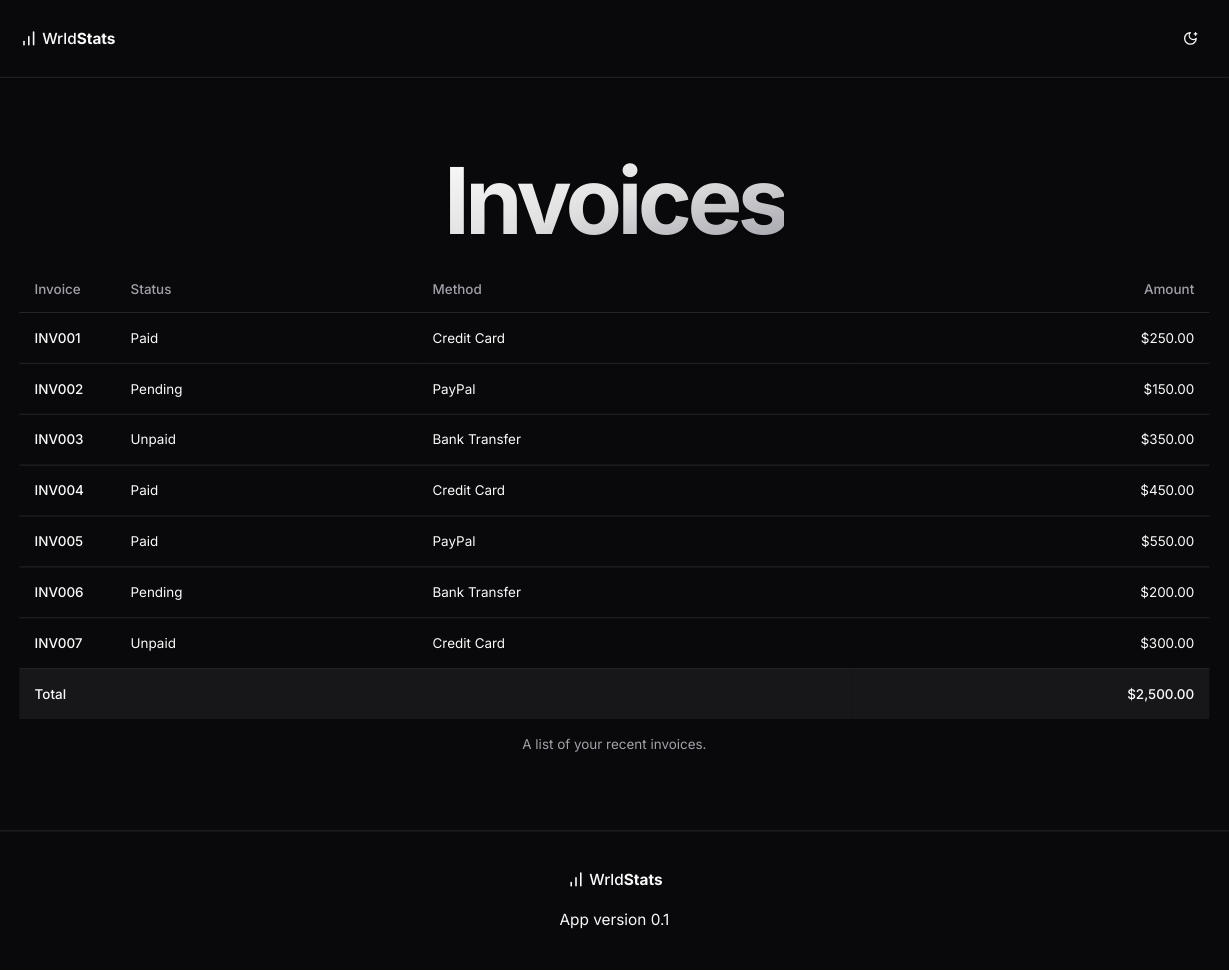
Repository: tushcmd/wrld-stats
Page: /
The author's editor kept a copy of each file at every save. The page is drawn from the files as they stood at one save, then again after the next save.
The browser window is 1280 px wide. The pictures show the whole page, at 96% of full size.
The project was rebuilt for these pictures with package versions that can differ from the ones it lists, and the page was loaded fresh each time. The framework's server and built-in components were replaced by stand-ins that run in the browser. Also part of the build but not shown: next.config.mjs.

Above is the page before, as saved 2024-04-21 14:08:46.

### app/layout.tsx
import './globals.css';
import { Inter } from 'next/font/google';

import { Metadata, Viewport } from 'next';
import siteMetadata from '../data/siteMetadata';

import Navbar from '@/components/shared/Navbar';
import Footer from '@/components/shared/Footer';
import AppProviders from '@/components/providers/AppProviders';

const inter = Inter({ subsets: ['latin'] });

export const viewport: Viewport = {
  width: 'device-width',
  initialScale: 1,
  maximumScale: 1,
};

export const metadata: Metadata = {
  metadataBase: new URL(siteMetadata.siteUrl),
  title: {
    default: siteMetadata.title,
    template: `%s | ${siteMetadata.title}`,
  },
  description: siteMetadata.description,
  openGraph: {
    title: siteMetadata.title,
    description: siteMetadata.description,
    url: './',
    siteName: siteMetadata.title,
    locale: 'en',
    type: 'website',
  },
  alternates: {
    canonical: './',
  },
  robots: {
    index: true,
    follow: true,
    googleBot: {
      index: true,
      follow: true,
      'max-video-preview': -1,
      'max-image-preview': 'large',
      'max-snippet': -1,
    },
  },
  twitter: {
    title: siteMetadata.title,
    card: 'summary_large_image',
  },
};

export default function RootLayout({ children }: { children: React.ReactNode }) {
  return (
    <html lang="en" suppressHydrationWarning>
      <body className={inter.className}>
        <AppProviders>
          <Navbar />
          {children}
          <Footer />
        </AppProviders>
      </body>
    </html>
  );
}

### app/page.tsx
import Hero from "@/components/Hero";

export default function Home() {
  return (
    <main className="page-container">
      <Hero />
    </main>
  );
}

### app/globals.css
@tailwind base;
@tailwind components;
@tailwind utilities;

@layer base {
  :root {
    --background: 0 0% 100%;
    --foreground: 240 10% 3.9%;

    --card: 0 0% 100%;
    --card-foreground: 240 10% 3.9%;

    --popover: 0 0% 100%;
    --popover-foreground: 240 10% 3.9%;

    --primary: 240 5.9% 10%;
    --primary-foreground: 0 0% 98%;

    --secondary: 240 4.8% 95.9%;
    --secondary-foreground: 240 5.9% 10%;

    --muted: 240 4.8% 95.9%;
    --muted-foreground: 240 3.8% 46.1%;

    --accent: 240 4.8% 95.9%;
    --accent-foreground: 240 5.9% 10%;

    --destructive: 0 84.2% 60.2%;
    --destructive-foreground: 0 0% 98%;

    --border: 240 5.9% 90%;
    --input: 240 5.9% 90%;
    --ring: 240 10% 3.9%;

    --radius: 0.5rem;
  }

  .dark {
    --background: 240 10% 3.9%;
    --foreground: 0 0% 98%;

    --card: 240 10% 3.9%;
    --card-foreground: 0 0% 98%;

    --popover: 240 10% 3.9%;
    --popover-foreground: 0 0% 98%;

    --primary: 0 0% 98%;
    --primary-foreground: 240 5.9% 10%;

    --secondary: 240 3.7% 15.9%;
    --secondary-foreground: 0 0% 98%;

    --muted: 240 3.7% 15.9%;
    --muted-foreground: 240 5% 64.9%;

    --accent: 240 3.7% 15.9%;
    --accent-foreground: 0 0% 98%;

    --destructive: 0 62.8% 30.6%;
    --destructive-foreground: 0 0% 98%;

    --border: 240 3.7% 15.9%;
    --input: 240 3.7% 15.9%;
    --ring: 240 4.9% 83.9%;
  }

}

@layer base {
  * {
    @apply border-border;
  }
  body {
    @apply bg-background text-foreground;
  }
}

@layer components {

  /* FONT SIZES */
  .h1 {
		@apply text-5xl lg:text-6xl font-bold;
	}
	.h2 {
		@apply sm:text-3xl text-4xl font-bold;
	}
	.h3 {
		@apply text-2xl font-medium;
	}
	.h4 {
		@apply text-xl sm:text-lg font-normal;
	}

  /* LAYOUTS  */
	.layout-container {
		@apply container mx-auto px-5;
	}

	.page-container {
		@apply layout-container py-20 flex flex-col gap-16;
	}
}

### data/siteMetadata.ts
const siteMetada = {
        title: "Wrld Stats",
        author: "Tush",
        headerTitle: "Wrld Stats",
        description: "Visualiser for world stats in different countries",
        language: "en",
        theme: "system", // system, dark or light
        siteUrl: "https://tushdev.co/",
        siteLogo: "public/vercel.png",
        locale: "en",
}

export default siteMetada

### components/shared/Navbar.tsx
import React, { FC } from 'react';
import ThemeSwitcherButton from '../ui/ThemeSwitcher';
import Logo from './Logo';

const Navbar: FC = () => {
  return (
    <nav className="border-b py-5">
      <div className="layout-container flex justify-between items-center max-w-7xl">
        <Logo />
        <ThemeSwitcherButton />
      </div>
    </nav>
  );
};

export default Navbar;

### components/shared/Footer.tsx
import React, { FC } from 'react'
import Logo from './Logo'
import { APP_VERSION } from '@/lib/config'

const Footer: FC = () => {
  return (
    <footer className='border-t'>
        <div className='layout-container flex flex-col gap-5 items-center  justify-center py-10'>
            <Logo />
            <p>App version {APP_VERSION}</p>
        </div>

    </footer>
  )
}

export default Footer

### components/providers/AppProviders.tsx
'use client';

import { ThemeProvider } from 'next-themes';
import { FC, ReactNode } from 'react';

interface AppProvidersProps {
  children: ReactNode;
}


const AppProviders: FC<AppProvidersProps> = ({ children }) => {
  return (
    <>
      <ThemeProvider attribute="class" disableTransitionOnChange defaultTheme="dark" enableSystem>
        {children}

      </ThemeProvider>
    </>
  );
};

export default AppProviders;

### components/Hero.tsx

import React, { FC } from 'react'
import { TableDemo } from './list'


const Hero: FC = () => {
  return (
    <section className="flex flex-col items-center justify-center gap-5 max-w-7xl">
      <div>
        <p className='text-lg lg:text-8xl tracking-tighter font-bold bg-gradient-to-br from-foreground via-secondary-foreground/90 to-muted-foreground bg-clip-text text-transparent drop-shadow-sm'>Invoices</p>
      </div>
      <TableDemo />
    </section>
  )
}

export default Hero

### components/ui/ThemeSwitcher.tsx
"use client";

import { useTheme } from "next-themes";
import React, { FC, useEffect, useState } from "react";
import { SunIcon,  Laptop, MoonStarIcon } from "lucide-react";
import {
	DropdownMenu,
	DropdownMenuContent,
	DropdownMenuItem,
	DropdownMenuTrigger,
} from "./dropdown-menu";
import { Button } from "./button";

const themes = [
	{
		value: "light",
		label: "Light",
		icon: SunIcon,
	},
	{
		value: "dark",
		label: "Dark",
		icon: MoonStarIcon,
	},
	{
		value: "system",
		label: "System",
		icon: Laptop,
	},
];

const ThemeSwitcher: FC = () => {
  const [mounted, setMounted] = useState(false)
	const { theme, setTheme } = useTheme();
	const currentTheme = themes.find((t) => t.value === theme);
	const ThemeIcon = currentTheme?.icon

  useEffect(() => {
    setMounted(true)
  }, [])

	return mounted && (
		<div className="flex">
			<DropdownMenu  >
				<DropdownMenuTrigger asChild>
					<Button variant="ghost" size={"icon"}>{!!ThemeIcon && <ThemeIcon className="w-4 h-4"/>}</Button>
				</DropdownMenuTrigger>
				<DropdownMenuContent>
					{themes.map(({value, label}) => <DropdownMenuItem role="button" onClick={() => setTheme(value)} key={value}>{label}</DropdownMenuItem>)}
				</DropdownMenuContent>
			</DropdownMenu>
		</div>
	);
};

export default ThemeSwitcher;

### components/shared/Logo.tsx

import { URLS } from "@/lib/urls";
import { BarChart } from "lucide-react";
import Link from "next/link";
import React, { FC } from "react";

const Logo: FC = () => {
	return (
		<Link href={URLS.HOMEPAGE} className="flex items-center gap-1 component-focus rounded-md">
			<BarChart   className="w-5 h-5 fill-current" />
			<h1 className="inline-flex flex-col gap-0 leading-none font-medium">
				<p>Wrld<span className="font-bold">Stats</span></p>
			</h1>
		</Link>
	);
};

export default Logo;

### lib/config.ts
export const APP_VERSION = 0.1

### components/list.tsx
import {
    Table,
    TableBody,
    TableCaption,
    TableCell,
    TableFooter,
    TableHead,
    TableHeader,
    TableRow,
} from "@/components/ui/table"

const invoices = [
    {
        invoice: "INV001",
        paymentStatus: "Paid",
        totalAmount: "$250.00",
        paymentMethod: "Credit Card",
    },
    {
        invoice: "INV002",
        paymentStatus: "Pending",
        totalAmount: "$150.00",
        paymentMethod: "PayPal",
    },
    {
        invoice: "INV003",
        paymentStatus: "Unpaid",
        totalAmount: "$350.00",
        paymentMethod: "Bank Transfer",
    },
    {
        invoice: "INV004",
        paymentStatus: "Paid",
        totalAmount: "$450.00",
        paymentMethod: "Credit Card",
    },
    {
        invoice: "INV005",
        paymentStatus: "Paid",
        totalAmount: "$550.00",
        paymentMethod: "PayPal",
    },
    {
        invoice: "INV006",
        paymentStatus: "Pending",
        totalAmount: "$200.00",
        paymentMethod: "Bank Transfer",
    },
    {
        invoice: "INV007",
        paymentStatus: "Unpaid",
        totalAmount: "$300.00",
        paymentMethod: "Credit Card",
    },
]

export function TableDemo() {
    return (
        <Table>
            <TableCaption>A list of your recent invoices.</TableCaption>
            <TableHeader>
                <TableRow>
                    <TableHead className="w-[100px]">Invoice</TableHead>
                    <TableHead>Status</TableHead>
                    <TableHead>Method</TableHead>
                    <TableHead className="text-right">Amount</TableHead>
                </TableRow>
            </TableHeader>
            <TableBody>
                {invoices.map((invoice) => (
                    <TableRow key={invoice.invoice}>
                        <TableCell className="font-medium">{invoice.invoice}</TableCell>
                        <TableCell>{invoice.paymentStatus}</TableCell>
                        <TableCell>{invoice.paymentMethod}</TableCell>
                        <TableCell className="text-right">{invoice.totalAmount}</TableCell>
                    </TableRow>
                ))}
            </TableBody>
            <TableFooter>
                <TableRow>
                    <TableCell colSpan={3}>Total</TableCell>
                    <TableCell className="text-right">$2,500.00</TableCell>
                </TableRow>
            </TableFooter>
        </Table>
    )
}



//import React from 'react'
//
//const List = () => {
//  return (
//    <div>List</div>
//  )
//}
//
//export default List

### components/ui/button.tsx
import * as React from "react"
import { Slot } from "@radix-ui/react-slot"
import { cva, type VariantProps } from "class-variance-authority"

import { cn } from "@/lib/utils"

const buttonVariants = cva(
  "inline-flex items-center justify-center whitespace-nowrap rounded-md text-sm font-medium ring-offset-background transition-colors focus-visible:outline-none focus-visible:ring-2 focus-visible:ring-ring focus-visible:ring-offset-2 disabled:pointer-events-none disabled:opacity-50",
  {
    variants: {
      variant: {
        default: "bg-primary text-primary-foreground hover:bg-primary/90",
        destructive:
          "bg-destructive text-destructive-foreground hover:bg-destructive/90",
        outline:
          "border border-input bg-background hover:bg-accent hover:text-accent-foreground",
        secondary:
          "bg-secondary text-secondary-foreground hover:bg-secondary/80",
        ghost: "hover:bg-accent hover:text-accent-foreground",
        link: "text-primary underline-offset-4 hover:underline",
      },
      size: {
        default: "h-10 px-4 py-2",
        sm: "h-9 rounded-md px-3",
        lg: "h-11 rounded-md px-8",
        icon: "h-10 w-10",
      },
    },
    defaultVariants: {
      variant: "default",
      size: "default",
    },
  }
)

export interface ButtonProps
  extends React.ButtonHTMLAttributes<HTMLButtonElement>,
    VariantProps<typeof buttonVariants> {
  asChild?: boolean
}

const Button = React.forwardRef<HTMLButtonElement, ButtonProps>(
  ({ className, variant, size, asChild = false, ...props }, ref) => {
    const Comp = asChild ? Slot : "button"
    return (
      <Comp
        className={cn(buttonVariants({ variant, size, className }))}
        ref={ref}
        {...props}
      />
    )
  }
)
Button.displayName = "Button"

export { Button, buttonVariants }

### lib/urls.ts
export enum URLS {
    HOMEPAGE = "/"
}

### components/ui/table.tsx
import * as React from "react"

import { cn } from "@/lib/utils"

const Table = React.forwardRef<
  HTMLTableElement,
  React.HTMLAttributes<HTMLTableElement>
>(({ className, ...props }, ref) => (
  <div className="relative w-full overflow-auto">
    <table
      ref={ref}
      className={cn("w-full caption-bottom text-sm", className)}
      {...props}
    />
  </div>
))
Table.displayName = "Table"

const TableHeader = React.forwardRef<
  HTMLTableSectionElement,
  React.HTMLAttributes<HTMLTableSectionElement>
>(({ className, ...props }, ref) => (
  <thead ref={ref} className={cn("[&_tr]:border-b", className)} {...props} />
))
TableHeader.displayName = "TableHeader"

const TableBody = React.forwardRef<
  HTMLTableSectionElement,
  React.HTMLAttributes<HTMLTableSectionElement>
>(({ className, ...props }, ref) => (
  <tbody
    ref={ref}
    className={cn("[&_tr:last-child]:border-0", className)}
    {...props}
  />
))
TableBody.displayName = "TableBody"

const TableFooter = React.forwardRef<
  HTMLTableSectionElement,
  React.HTMLAttributes<HTMLTableSectionElement>
>(({ className, ...props }, ref) => (
  <tfoot
    ref={ref}
    className={cn(
      "border-t bg-muted/50 font-medium [&>tr]:last:border-b-0",
      className
    )}
    {...props}
  />
))
TableFooter.displayName = "TableFooter"

const TableRow = React.forwardRef<
  HTMLTableRowElement,
  React.HTMLAttributes<HTMLTableRowElement>
>(({ className, ...props }, ref) => (
  <tr
    ref={ref}
    className={cn(
      "border-b transition-colors hover:bg-muted/50 data-[state=selected]:bg-muted",
      className
    )}
    {...props}
  />
))
TableRow.displayName = "TableRow"

const TableHead = React.forwardRef<
  HTMLTableCellElement,
  React.ThHTMLAttributes<HTMLTableCellElement>
>(({ className, ...props }, ref) => (
  <th
    ref={ref}
    className={cn(
      "h-12 px-4 text-left align-middle font-medium text-muted-foreground [&:has([role=checkbox])]:pr-0",
      className
    )}
    {...props}
  />
))
TableHead.displayName = "TableHead"

const TableCell = React.forwardRef<
  HTMLTableCellElement,
  React.TdHTMLAttributes<HTMLTableCellElement>
>(({ className, ...props }, ref) => (
  <td
    ref={ref}
    className={cn("p-4 align-middle [&:has([role=checkbox])]:pr-0", className)}
    {...props}
  />
))
TableCell.displayName = "TableCell"

const TableCaption = React.forwardRef<
  HTMLTableCaptionElement,
  React.HTMLAttributes<HTMLTableCaptionElement>
>(({ className, ...props }, ref) => (
  <caption
    ref={ref}
    className={cn("mt-4 text-sm text-muted-foreground", className)}
    {...props}
  />
))
TableCaption.displayName = "TableCaption"

export {
  Table,
  TableHeader,
  TableBody,
  TableFooter,
  TableHead,
  TableRow,
  TableCell,
  TableCaption,
}

### tailwind.config.ts
import type { Config } from "tailwindcss"


const config = {
  darkMode: ["class"],
  content: [
    './pages/**/*.{ts,tsx}',
    './components/**/*.{ts,tsx}',
    './app/**/*.{ts,tsx}',
    './src/**/*.{ts,tsx}',
	],
  prefix: "",
  theme: {
    container: {
      center: true,
      padding: "2rem",
      screens: {
        "2xl": "1400px",
      },
    },
    extend: {
      colors: {
        border: "hsl(var(--border))",
        input: "hsl(var(--input))",
        ring: "hsl(var(--ring))",
        background: "hsl(var(--background))",
        foreground: "hsl(var(--foreground))",
        primary: {
          DEFAULT: "hsl(var(--primary))",
          foreground: "hsl(var(--primary-foreground))",
        },
        secondary: {
          DEFAULT: "hsl(var(--secondary))",
          foreground: "hsl(var(--secondary-foreground))",
        },
        destructive: {
          DEFAULT: "hsl(var(--destructive))",
          foreground: "hsl(var(--destructive-foreground))",
        },
        muted: {
          DEFAULT: "hsl(var(--muted))",
          foreground: "hsl(var(--muted-foreground))",
        },
        accent: {
          DEFAULT: "hsl(var(--accent))",
          foreground: "hsl(var(--accent-foreground))",
        },
        popover: {
          DEFAULT: "hsl(var(--popover))",
          foreground: "hsl(var(--popover-foreground))",
        },
        card: {
          DEFAULT: "hsl(var(--card))",
          foreground: "hsl(var(--card-foreground))",
        },
      },
      borderRadius: {
        lg: "var(--radius)",
        md: "calc(var(--radius) - 2px)",
        sm: "calc(var(--radius) - 4px)",
      },
      keyframes: {
        "accordion-down": {
          from: { height: "0" },
          to: { height: "var(--radix-accordion-content-height)" },
        },
        "accordion-up": {
          from: { height: "var(--radix-accordion-content-height)" },
          to: { height: "0" },
        },
      },
      animation: {
        "accordion-down": "accordion-down 0.2s ease-out",
        "accordion-up": "accordion-up 0.2s ease-out",
      },
    },
  },
  plugins: [require("tailwindcss-animate")],
} satisfies Config

export default config

const BREAKPOINTS = {
	SM: {
		MIN: 0,
		MAX: 1024,
	},
	LG: {
		MIN: 1025,
		MAX: 1920,
	},
};

Loaded but not shown: lib/utils.ts (common file); components/ui/dropdown-menu.tsx (200 lines, source omitted)

After the next save:
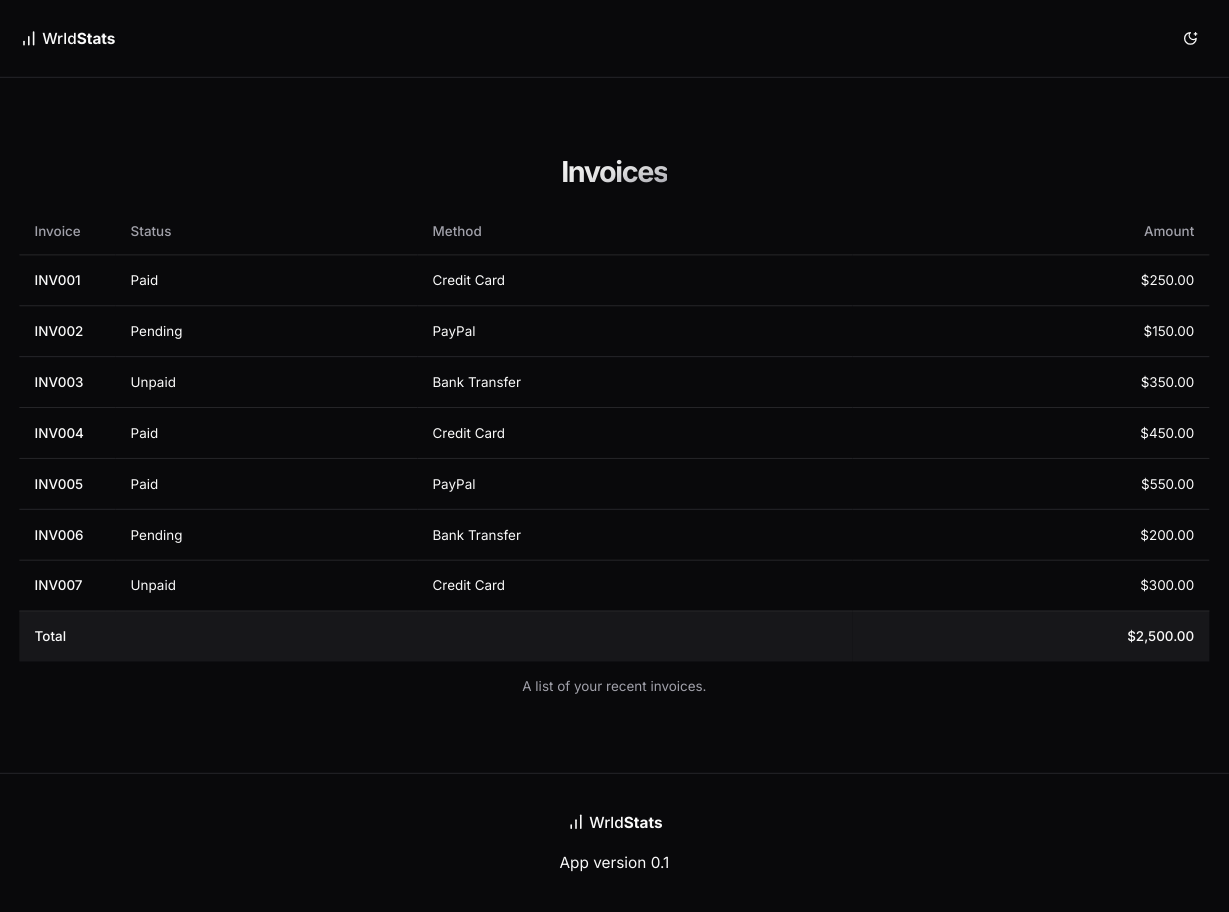
Saved 12 s later.
--- a/components/Hero.tsx
+++ b/components/Hero.tsx
@@ -7,7 +7,7 @@ const Hero: FC = () => {
   return (
     <section className="flex flex-col items-center justify-center gap-5 max-w-7xl">
       <div>
-        <p className='text-lg lg:text-8xl tracking-tighter font-bold bg-gradient-to-br from-foreground via-secondary-foreground/90 to-muted-foreground bg-clip-text text-transparent drop-shadow-sm'>Invoices</p>
+        <p className='text-lg lg:text-3xl tracking-tighter font-bold bg-gradient-to-br from-foreground via-secondary-foreground/90 to-muted-foreground bg-clip-text text-transparent drop-shadow-sm'>Invoices</p>
       </div>
       <TableDemo />
     </section>
